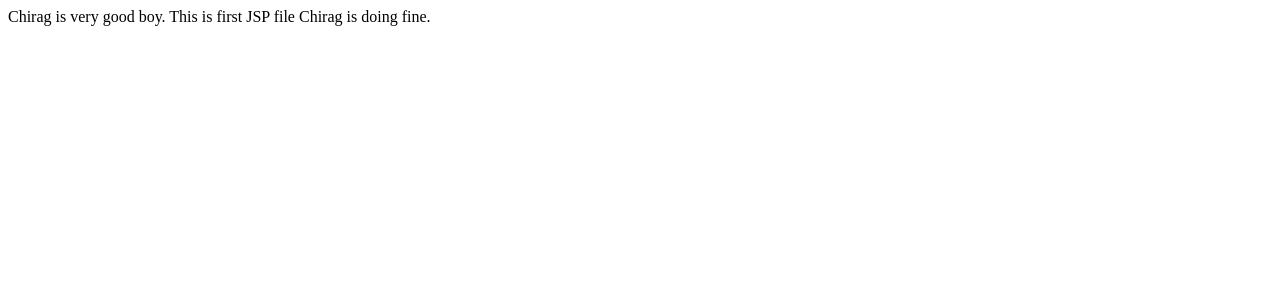
Repository: sauran/SapientTraining
Page: http://localhost/JSPDemo/prelude_coda/First.jsp
The author's editor kept a copy of each file at every save. The page is drawn from the files as they stood at one save, then again after the next save.
The browser window is 1280 px wide. The pictures show the whole page.
The page is served by Tomcat 9.

Above is the page before, as saved 2015-09-22 05:12:02.

After the next save:
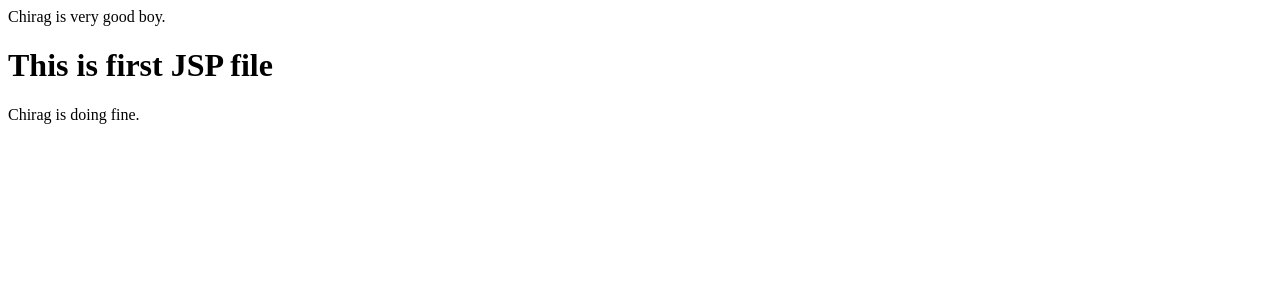
Saved 36 s later.
--- a/JSPDemo/WebContent/prelude_coda/First.jsp
+++ b/JSPDemo/WebContent/prelude_coda/First.jsp
@@ -7,6 +7,6 @@
 <title>Insert title here</title>
 </head>
 <body>
-This is first JSP file
+<h1>This is first JSP file</h1>
 </body>
 </html>
